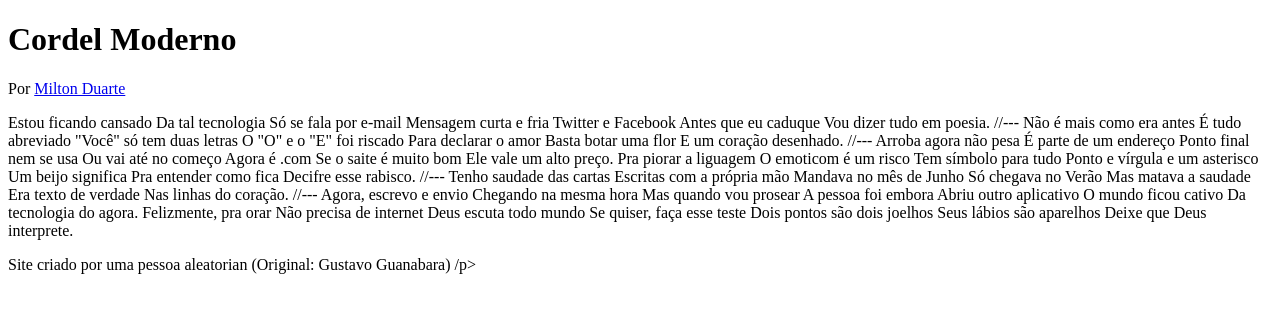
Repository: Codigo404q/html-css
Page: AHAHAHAHAHAHAHHHHHHHHHAHAHAHAHAHAHHAHAH/d012/index.html
These files come from the project's save history. The page is drawn as it stood at one moment and after the next save; the edit follows.
The browser window is 1280 px wide. The pictures show the whole page.

Above is the page before, as saved 2024-01-07 22:22:41.

### AHAHAHAHAHAHAHHHHHHHHHAHAHAHAHAHAHHAHAH/d012/index.html
<!DOCTYPE html>
<html lang="pt-br">
<head>
    <meta charset="UTF-8">
    <meta name="viewport" content="width=device-width, initial-scale=1.0">
    <title>Codel moderno</title>
</head>
<body>
        <header>
            <h1>Cordel Moderno</h1>
            <p>Por <a href="https://www.recantodasletras.com.br/poesias/3186743" target="_blank">Milton Duarte</a></p>

        </header>

    Estou ficando cansado
    Da tal tecnologia
    Só se fala por e-mail
    Mensagem curta e fria
    Twitter e Facebook
    Antes que eu caduque
    Vou dizer tudo em poesia.

    //---

    Não é mais como era antes
    É tudo abreviado
    "Você" só tem duas letras
    O "O" e o "E" foi riscado
    Para declarar o amor
    Basta botar uma flor
    E um coração desenhado.

    //---

    Arroba agora não pesa
    É parte de um endereço
    Ponto final nem se usa
    Ou vai até no começo
    Agora é .com
    Se o saite é muito bom
    Ele vale um alto preço.

    Pra piorar a liguagem
    O emoticom é um risco
    Tem símbolo para tudo
    Ponto e vírgula e um asterisco
    Um beijo significa
    Pra entender como fica
    Decifre esse rabisco.

    //---

    Tenho saudade das cartas
    Escritas com a própria mão
    Mandava no mês de Junho
    Só chegava no Verão
    Mas matava a saudade
    Era texto de verdade
    Nas linhas do coração.

    //---

    Agora, escrevo e envio
    Chegando na mesma hora
    Mas quando vou prosear
    A pessoa foi embora
    Abriu outro aplicativo
    O mundo ficou cativo
    Da tecnologia do agora.

    Felizmente, pra orar
    Não precisa de internet
    Deus escuta todo mundo
    Se quiser, faça esse teste
    Dois pontos são dois joelhos
    Seus lábios são aparelhos
    Deixe que Deus interprete.

    <footer>
        <p>Site criado por uma pessoa aleatorian (Original: Gustavo Guanabara) /p>
    </footer>
</body>
</html>

After the next save:
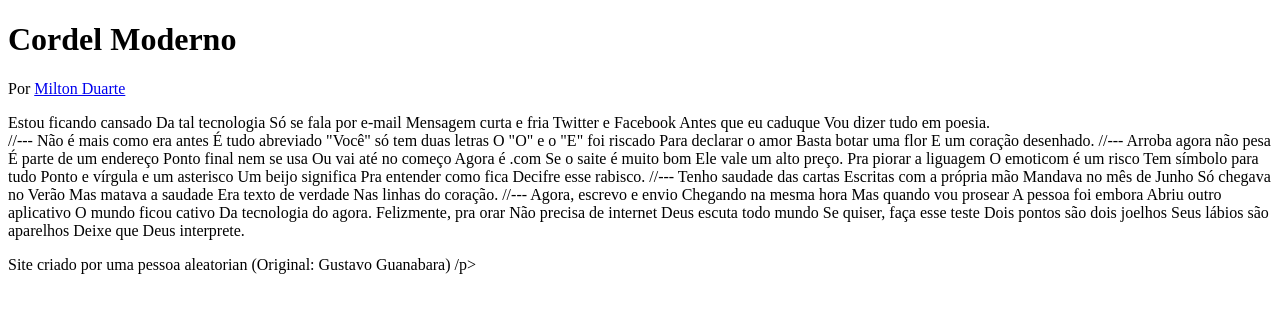
Saved 16 min 8 s later.
--- a/AHAHAHAHAHAHAHHHHHHHHHAHAHAHAHAHAHHAHAH/d012/index.html
+++ b/AHAHAHAHAHAHAHHHHHHHHHAHAHAHAHAHAHHAHAH/d012/index.html
@@ -12,13 +12,15 @@
 
         </header>
 
-    Estou ficando cansado
-    Da tal tecnologia
-    Só se fala por e-mail
-    Mensagem curta e fria
-    Twitter e Facebook
-    Antes que eu caduque
-    Vou dizer tudo em poesia.
+    <section>
+        Estou ficando cansado
+        Da tal tecnologia
+        Só se fala por e-mail
+        Mensagem curta e fria
+        Twitter e Facebook
+        Antes que eu caduque
+        Vou dizer tudo em poesia.
+    </section>
 
     //---
 
